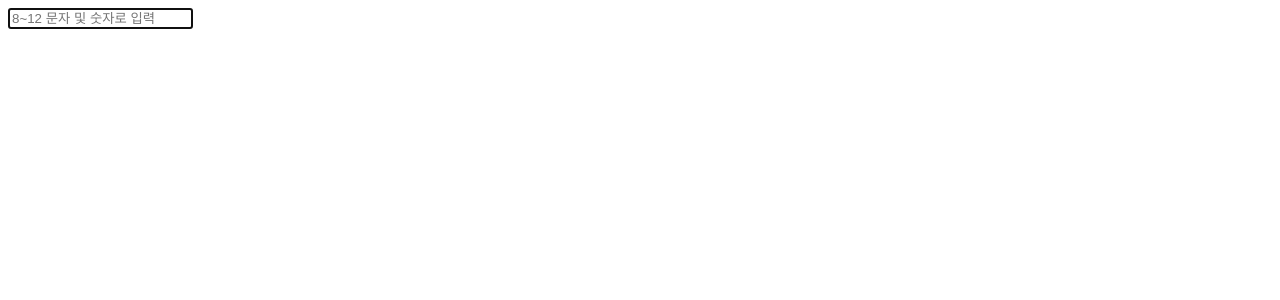
Repository: jyjoh97/SQL
Page: http://localhost/web01/pop.jsp
An editor plug-in stored every save of this project. The page is shown before and after a run of saves, followed by the edit.
The browser window is 1280 px wide. The pictures show the whole page.
The page is served by Tomcat 9.

Above is the page before, as saved 2022-04-27 06:34:03.

### web01/src/main/webapp/pop.jsp
<%@ page language="java" contentType="text/html; charset=UTF-8"
    pageEncoding="UTF-8"%>
<!DOCTYPE html>
<html>
<head>
<meta charset="UTF-8">
<title>아이디 중복 확인</title>
</head>

<body>
	<div class="form">
		<form action="idCheckPro.jsp" method="post">
			<input type="text" name="id" id="id" placeholder="8~12 문자 및 숫자로 입력" required autofocus>

		</form>
	</div>
</body>
</html>

After the next 3 saves:
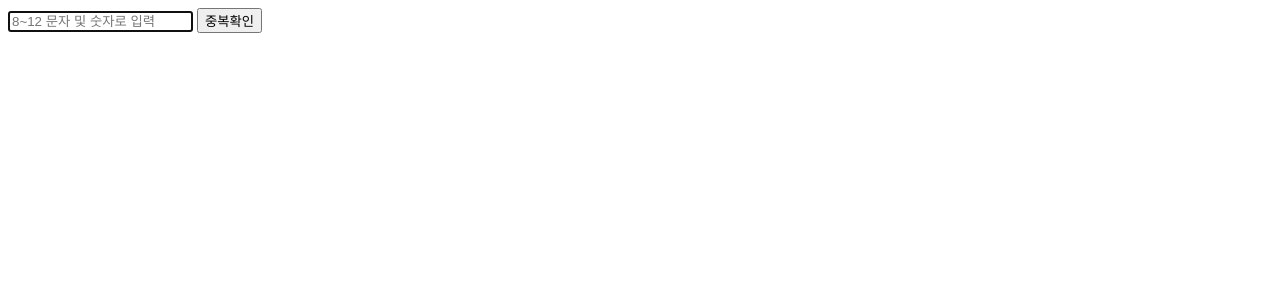
The 3 saves are shown as one change because they came seconds apart.
The last was saved 22 s later.
--- a/web01/src/main/webapp/pop.jsp
+++ b/web01/src/main/webapp/pop.jsp
@@ -11,7 +11,7 @@
 	<div class="form">
 		<form action="idCheckPro.jsp" method="post">
 			<input type="text" name="id" id="id" placeholder="8~12 문자 및 숫자로 입력" required autofocus>
-
+			<input type="submit" value="중복확인">
 		</form>
 	</div>
 </body>
